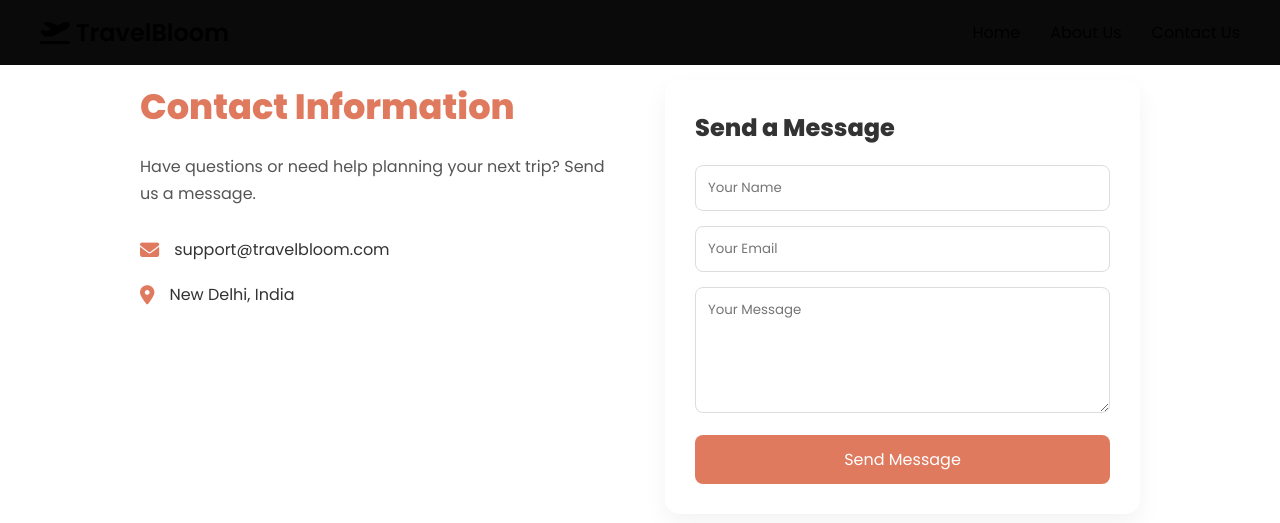
Repository: LatikaAdhikari064/TravelBloom_Project
Page: contact.html
These files come from the project's save history. The page is drawn as it stood at one moment and after the next save; the edit follows.
The browser window is 1280 px wide. The pictures show the whole page.

Above is the page before, as saved 2026-01-08 21:18:52.

After the next save:
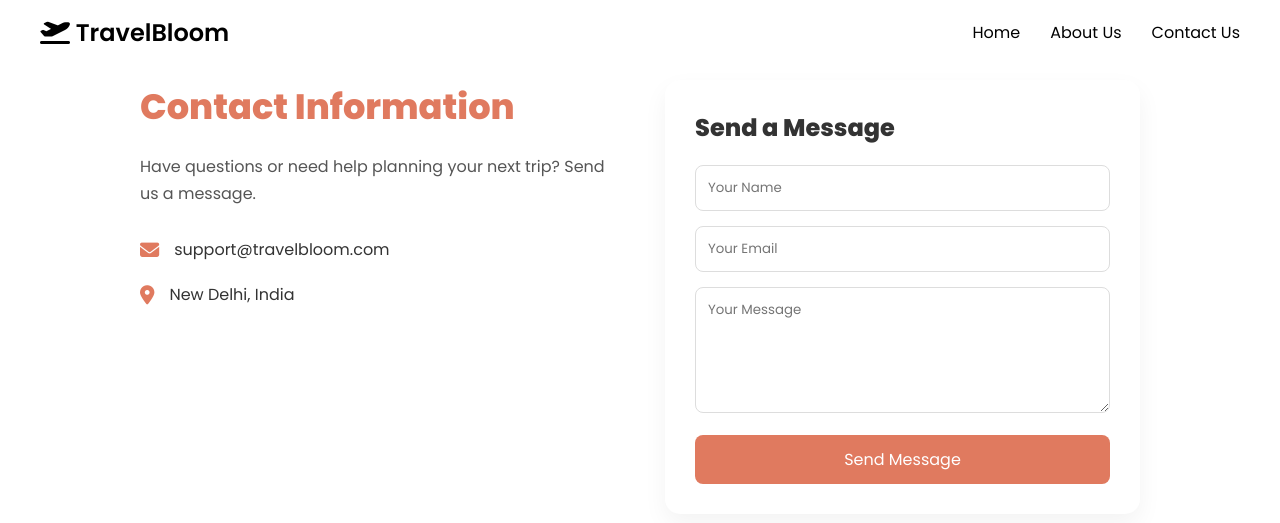
Saved 5 s later.
--- a/contact.css
+++ b/contact.css
@@ -19,7 +19,7 @@ body {
     display: flex;
     justify-content: space-between;
     align-items: center;
-    background: rgb(10, 10, 10);
+    background: rgb(255, 255, 255);
     backdrop-filter: blur(8px);
     z-index: 1000;
 }
